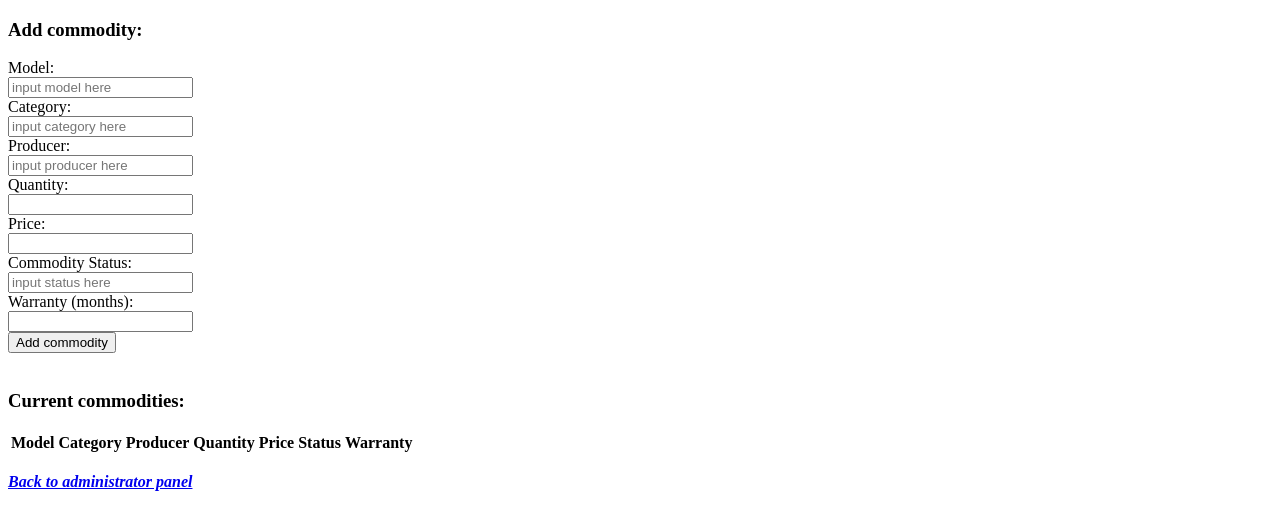
Repository: Zed180881/Zed_repo
Page: http://localhost/eShop/WEB-INF/views/adminPanel/adminUser.jsp
These files come from the project's save history. The page is drawn as it stood at one moment and after the next save; the edit follows.
The browser window is 1280 px wide. The pictures show the whole page.
The page is served by Tomcat 9. Nobody is signed in. Other server files are loaded and not shown. The template is opened directly, without the code that normally fills it, so the values that code supplies are empty.

Above is the page before, as saved 2016-08-05 10:45:55.

### JavaProj/eShop/src/main/webapp/WEB-INF/views/adminPanel/adminUser.jsp
<%@ page language="java" contentType="text/html; charset=UTF-8"
	pageEncoding="UTF-8"%>
<%@ taglib prefix="c" uri="http://java.sun.com/jsp/jstl/core"%>
<!DOCTYPE html>
<html>
<head>
<meta charset="UTF-8">
<title>Commodity Management</title>
</head>
<body>
	<h3>Add commodity:</h3>
	<form action="/admin/commodity" method="post">
		<label for="model">Model:</label><br>
		<input type="text" name="model" placeholder="input model here" required><br>
		<label for="categoryName">Category:</label><br>
		<input type="text" name="categoryName" placeholder="input category here" required><br>
		<label for="producerName">Producer:</label><br>
		<input type="text" name="producerName" placeholder="input producer here" required><br>
		<label for="quantity">Quantity:</label><br>
		<input type="number" name="quantity" min="1" step="1" required><br>
		<label for="price">Price:</label><br>
		<input type="number" name="price" min="0" step="0.01" required><br>
		<label for="statusName">Commodity Status:</label><br>
		<input type="text" name="statusName" placeholder="input status here" required><br>
		<label for="warranty">Warranty (months):</label><br>
		<input type="number" name="warranty" min="0" step="1" required><br>
		<input type="submit" value="Add commodity">
	</form><br>
	<h3>Current commodities:</h3>
	<table>
		<tr>
			<th>Model</th>
			<th>Category</th>
			<th>Producer</th>
			<th>Quantity</th>
			<th>Price</th>
			<th>Status</th>
			<th>Warranty</th>
		</tr>
	<c:forEach items="${commodities}" var="commodity">
		<tr>
			<td>${commodity.model}</td>
			<td>${commodity.category.categoryName}</td>
			<td>${commodity.producer.producerName}</td>
			<td>${commodity.quantity}</td>
			<td>${commodity.price}</td>
			<td>${commodity.commodityStatus.commodityStatusName}</td>
			<td>${commodity.warranty}</td>
		</tr>
	</c:forEach>
	</table><br>
	<a href="/admin"><b><i>Back to administrator panel</i></b></a>
</body>
</html>

After the next save:
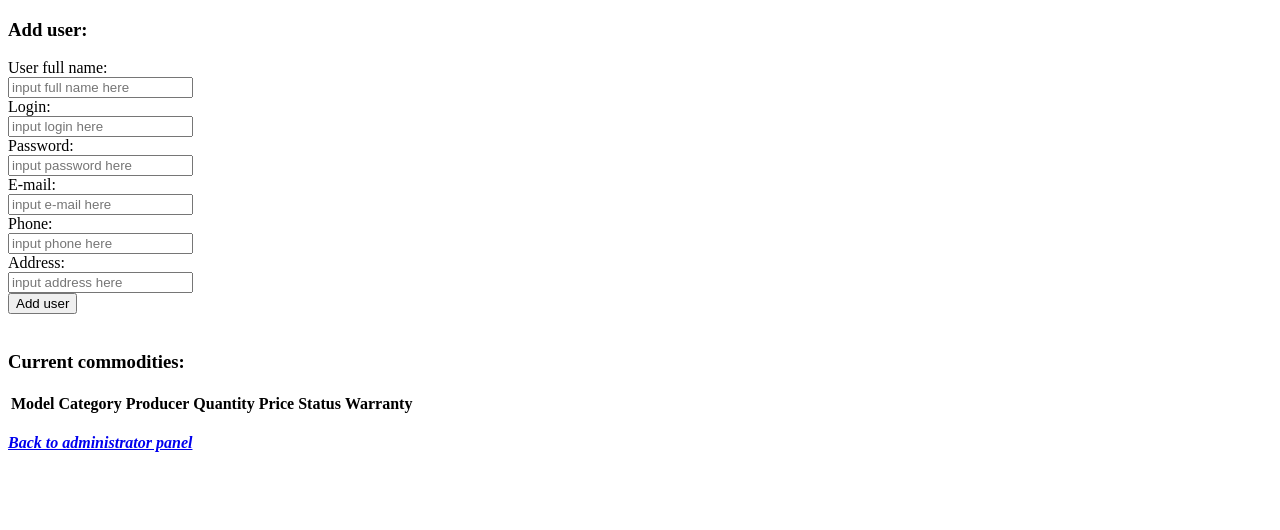
Saved 27 min 43 s later.
--- a/JavaProj/eShop/src/main/webapp/WEB-INF/views/adminPanel/adminUser.jsp
+++ b/JavaProj/eShop/src/main/webapp/WEB-INF/views/adminPanel/adminUser.jsp
@@ -5,26 +5,24 @@
 <html>
 <head>
 <meta charset="UTF-8">
-<title>Commodity Management</title>
+<title>User Management</title>
 </head>
 <body>
-	<h3>Add commodity:</h3>
+	<h3>Add user:</h3>
 	<form action="/admin/commodity" method="post">
-		<label for="model">Model:</label><br>
-		<input type="text" name="model" placeholder="input model here" required><br>
-		<label for="categoryName">Category:</label><br>
-		<input type="text" name="categoryName" placeholder="input category here" required><br>
-		<label for="producerName">Producer:</label><br>
-		<input type="text" name="producerName" placeholder="input producer here" required><br>
-		<label for="quantity">Quantity:</label><br>
-		<input type="number" name="quantity" min="1" step="1" required><br>
-		<label for="price">Price:</label><br>
-		<input type="number" name="price" min="0" step="0.01" required><br>
-		<label for="statusName">Commodity Status:</label><br>
-		<input type="text" name="statusName" placeholder="input status here" required><br>
-		<label for="warranty">Warranty (months):</label><br>
-		<input type="number" name="warranty" min="0" step="1" required><br>
-		<input type="submit" value="Add commodity">
+		<label for="fullName">User full name:</label><br>
+		<input type="text" name="fullName" placeholder="input full name here" required><br>
+		<label for="login">Login:</label><br>
+		<input type="text" name="login" placeholder="input login here" required><br>
+		<label for="password">Password:</label><br>
+		<input type="text" name="password" placeholder="input password here" required><br>
+		<label for="mail">E-mail:</label><br>
+		<input type="email" name="mail" placeholder="input e-mail here" required><br>
+		<label for="phone">Phone:</label><br>
+		<input type="tel" name="phone" placeholder="input phone here" required><br>
+		<label for="address">Address:</label><br>
+		<input type="text" name="address" placeholder="input address here" required><br>
+		<input type="submit" value="Add user">
 	</form><br>
 	<h3>Current commodities:</h3>
 	<table>
